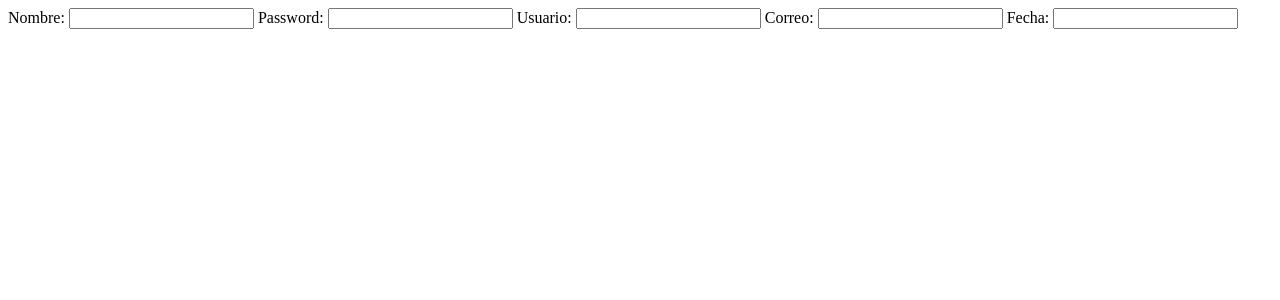
Repository: MarceArratia/ProyectosJava
Page: http://localhost/HoroscopoChino/RegistroUsuario.jsp
The author's editor kept a copy of each file at every save. The page is drawn from the files as they stood at one save, then again after the next save.
The browser window is 1280 px wide. The pictures show the whole page.
The page is served by Tomcat 9.

Above is the page before, as saved 2020-08-04 03:18:36.

After the next save:
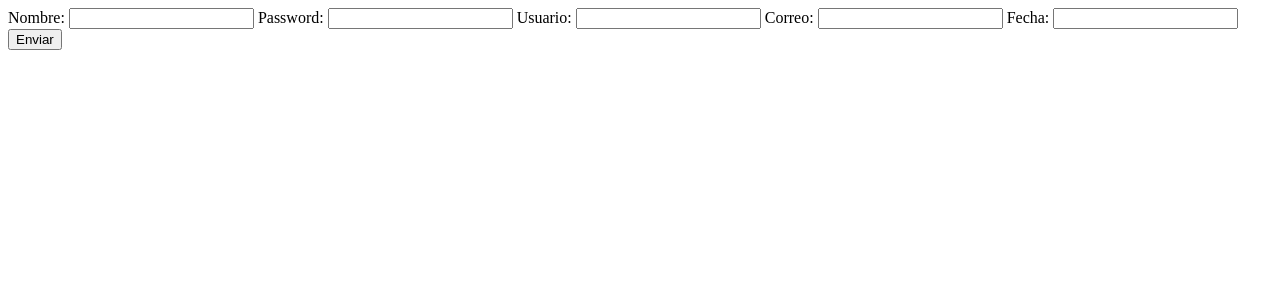
Saved 27 s later.
--- a/HoroscopoChino/WebContent/RegistroUsuario.jsp
+++ b/HoroscopoChino/WebContent/RegistroUsuario.jsp
@@ -19,7 +19,7 @@
 <input type="text" class="form-control" id="mail" name="mail">
 <label for="nombre">Fecha:</label>
 <input type="text" class="form-control" id="Fecha" name="Fecha">
-
+<button type="submit" class="btn btn-default">Enviar</button>
 </form>
 </body>
 </html>
